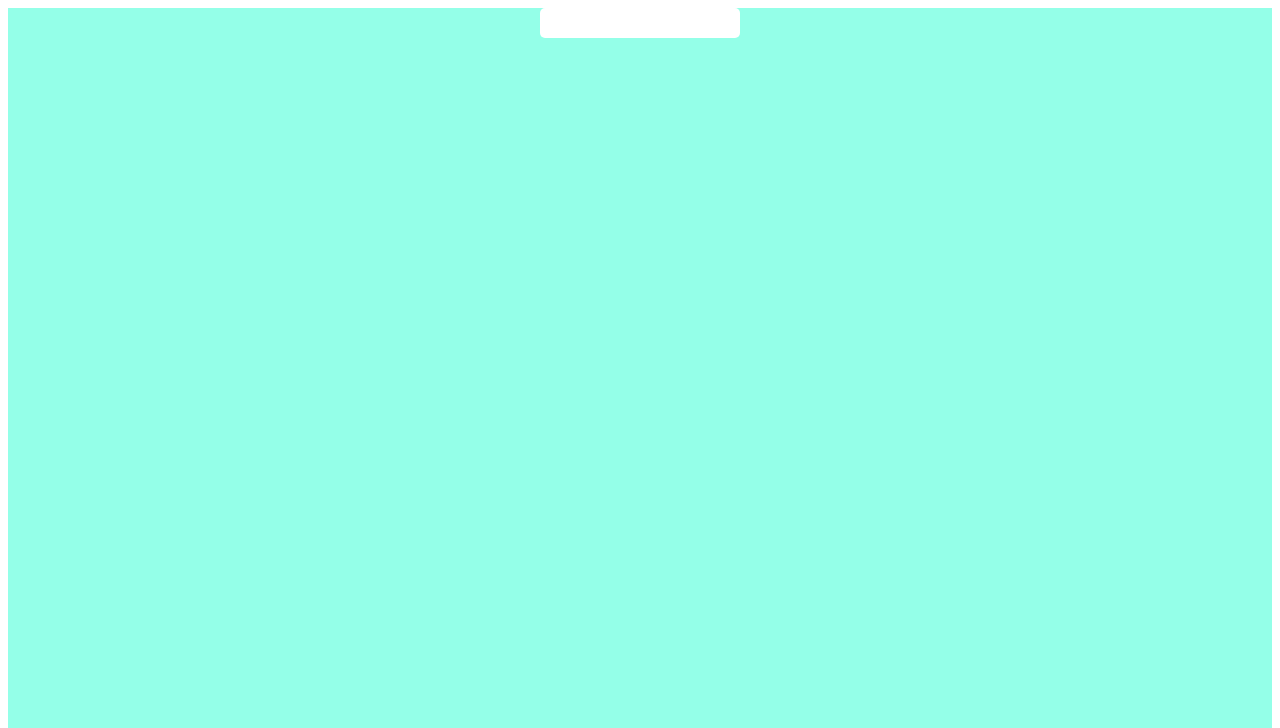
Repository: lxl0302/ClassBegin_-sound_code
Page: /#/
An editor plug-in stored every save of this project. The page is shown before and after the next save, followed by the edit.
The browser window is 1280 px wide. The pictures show the whole page.
The project was rebuilt for these pictures with package versions that can differ from the ones it lists, and the page was loaded fresh each time.

Above is the page before, as saved 2020-07-08 16:24:08.

After the next save:
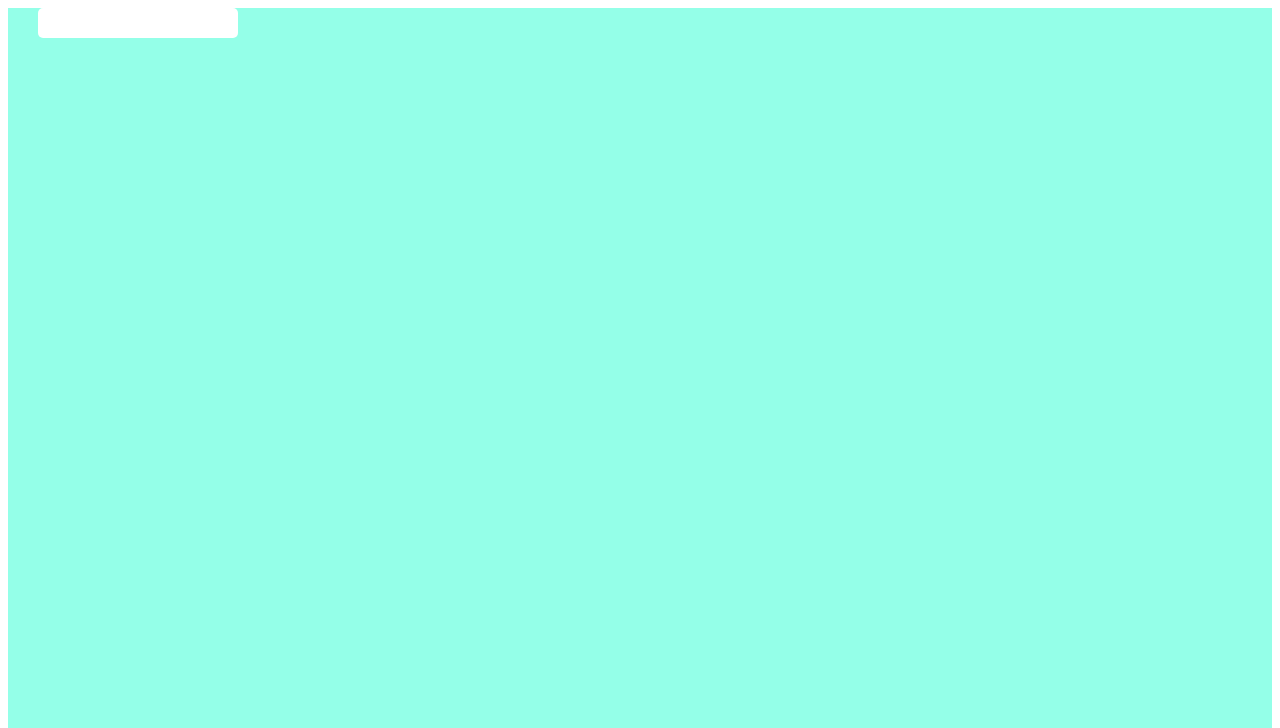
Saved 21 s later.
--- a/src/views/index.vue
+++ b/src/views/index.vue
@@ -24,7 +24,7 @@ export default {
 }
 .toolbar{
   position: relative;
-  margin: auto;
+  margin: auto 30px;
   width: 200px;
   height: 30px;
   border-radius: 5px;
